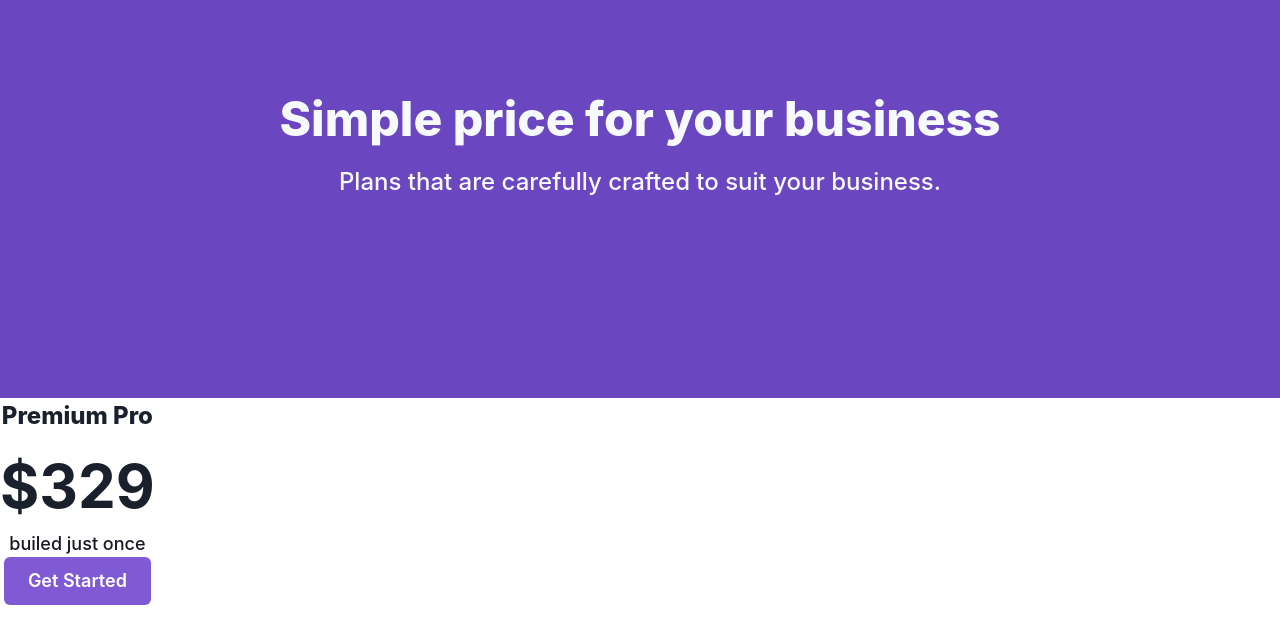
Repository: noutijo/learn-in-depth-chakra-ui
Page: /
These files come from the project's save history. The page is drawn as it stood at one moment and after the next save; the edit follows.
The browser window is 1280 px wide. The pictures show the whole page.
The project was rebuilt for these pictures with package versions that can differ from the ones it lists, and the page was loaded fresh each time. Also part of the build but not shown: vite.config.ts.

Above is the page before, as saved 2023-01-30 15:40:09.

After the next save:
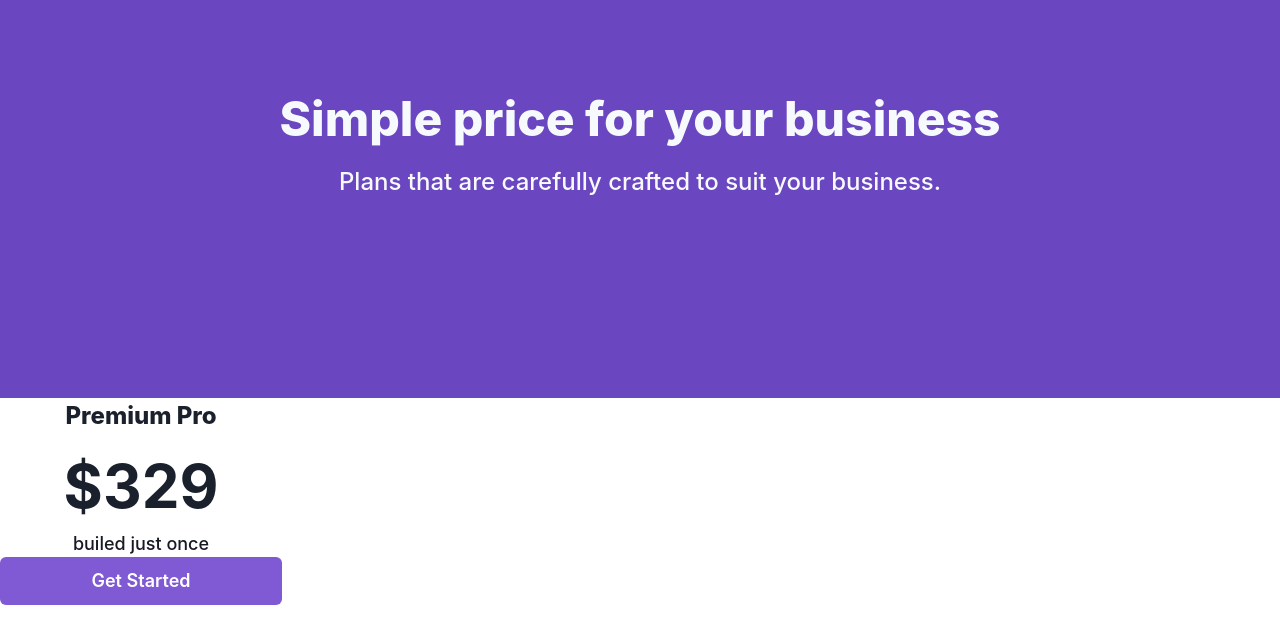
Saved 6 s later.
--- a/src/components/Pricing.tsx
+++ b/src/components/Pricing.tsx
@@ -9,7 +9,7 @@ export function Pricing() {
             <Text fontSize="24px" fontWeight="800">Premium Pro</Text>
             <Heading as="h3" fontSize="60px" mt="16px">$329</Heading>
             <Text fontSize="18px" fontWeight="500" color="#171923" mt="8px">builed just once</Text>
-            <Button colorScheme="purple" size={"lg"} w="">Get Started</Button>
+            <Button colorScheme="purple" size={"lg"} w="282px">Get Started</Button>
         </Box>
         <Box></Box>
       </Flex>
